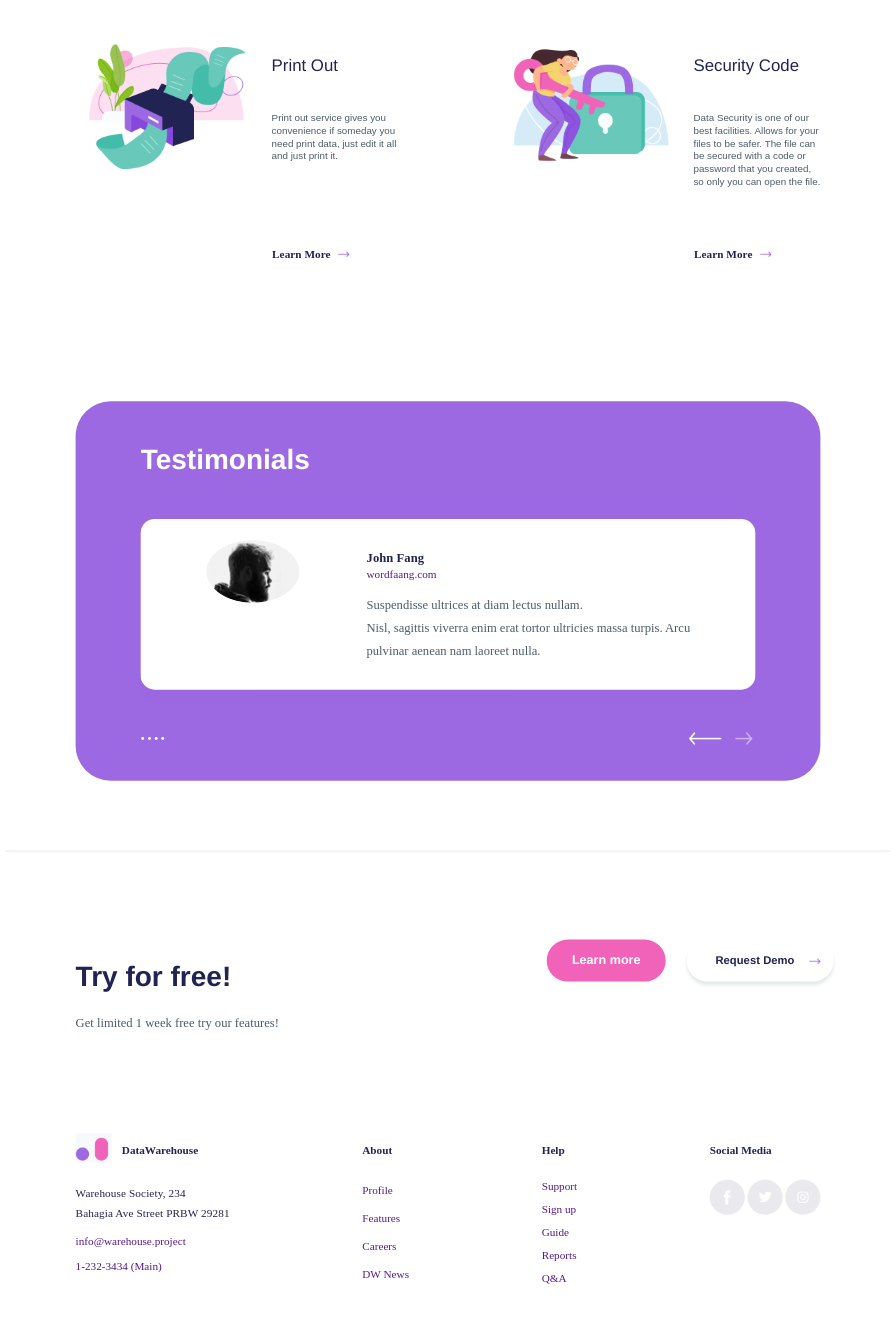
Repository: batonAnton/HW6_flexbox
Page: index.html
These files come from the project's save history. The page is drawn as it stood at one moment and after the next save; the edit follows.
The browser window is 1280 px wide. The pictures show the part of the page from y = 1926 to 3846 px (the page is 3846 px tall), at 70% of full size.
Some web fonts or font styles are not loaded; a fallback is used.

Above is the page before, as saved 2022-06-19 16:33:50.

### index.html
<!DOCTYPE html>
<html lang="en">
<head>
    <meta charset="UTF-8">
    <meta http-equiv="X-UA-Compatible" content="IE=edge">
    <meta name="viewport" content="width=device-width, initial-scale=1.0">
    <link href="http://fonts.cdnfonts.com/css/helvetica-neue-9" rel="stylesheet">
    <link rel="stylesheet" href="./fonts/Helvetica-Bold.ttf">
    <link rel="stylesheet" href="./fonts/AvenirLTStd-Black.otf">
    <link rel="stylesheet" href="./css/style.css">
    <title>FlexBox</title>
</head>
<body>
    <header>
        <div class="logo">
            <img src="./images/logo.png" alt="logo">
        </div>

        <nav>
            <ul>
                <li>
                    <a href="#">about</a>
                </li>
                <li>
                    <a href="#">help</a>
                </li>
                <li>
                    <a href="#">features</a>
                </li>
                <li>
                    <a href="#">signup</a>
                </li>
            </ul>
        </nav>

        <div class="header-btn">
            <div>
                <button>request demo</button>
            </div>
            <div class="btn-img">
                <img src="./images/right-arrow.png" alt="arrow-right" >
            </div>
        </div>
    </header>

    <div class="section allstyles">
        <div class="info">
            <h1>Save your data <br> storage here.</h1>
            <p>Data Warehouse is a data storage area that <br>has been
                tested for security, so you can store <br> your data here
                safely but not be afraid of <br> being stolen by others.</p>
            <button>Learn more</button>
        </div>

        <div class="section-img">
            <img src="./images/headerImg.png" alt="">
        </div>
    </div>

    <div class="section2 allstyles">
        <div class="sectin2-img">
            <img src="./images/assideimg.png" alt="assideimg">
        </div>

        <div class="section2-info">
            <h1>We are a high-level data <br> storage bank</h1>
            <p>
                The place to store various data that you can access at any <br> time through the internet  and where you can carry it. <br>
                This very flexible storage area has a high level of security. <br> To enter into your own data you must enter the password <br> that you created when you registered in this Data <br> Warehouse.
            </p>
        </div>
    </div>

    <div class="section3 allstyles">
        <h1 class="section3-header"> Features</h1>
        <p class="section3-header">Some of the features and advantages that we provide for those of you <br> who store data in this Data Warehouse.</p>

        <div class="row1">
            <div class="block">
                <img src="./images/section3/image1 1.png" alt="img">
                <div class="info">
                    <h1>Search Data</h1>
                <p>
                    Don’t worry if your data is very <br> large, the Data Warehoue <br> provides a search engine, <br> which is useful for making it <br> easier to find data effectively <br> saving time.
                </p>

                <div class="header-btn section3-btn">
                    <div>
                        <button>Learn more</button>
                    </div>
                    <div class="btn-img">
                        <img src="./images/right-arrow.png" alt="arrow-right" >
                    </div>
                </div>
                </div>

            </div>


            <div class="block">
                <img src="./images/section3/image2.png" alt="img">
                <div class="info">
                    <h1>24 Hours Access</h1>
                <p>
                    Access is given 24 hours a full <br> morning to night and
                    meet <br> again in the morning, giving <br> you comfort when
                    you need <br> data when urgent.
                </p>

                <div class="header-btn section3-btn">
                    <div>
                        <button>Learn more</button>
                    </div>
                    <div class="btn-img">
                        <img src="./images/right-arrow.png" alt="arrow-right" >
                    </div>
                </div>
                </div>

            </div>
        </div>

        <!-- row2 start -->

        <div class="row1 row2">
            <div class="block">
                <img src="./images/section3/image3 1.png" alt="img">
                <div class="info">
                    <h1>Print Out</h1>
                <p>
                    Print out service gives you <br> convenience if someday
                    you <br> need print data, just edit it all <br> and just print it.
                </p>

                <div class="header-btn section3-btn">
                    <div>
                        <button>Learn more</button>
                    </div>
                    <div class="btn-img">
                        <img src="./images/right-arrow.png" alt="arrow-right" >
                    </div>
                </div>
                </div>

            </div>


            <div class="block">
                <img src="./images/section3/image4 1.png" alt="img">
                <div class="info">
                    <h1>Security Code</h1>
                <p>
                    Data Security is one of our <br> best facilities. Allows for your <br> files
                    to be safer. The file can <br> be secured with a code or <br>
                    password that
                    you created, <br> so only you can open the file.
                </p>

                <div class="header-btn section3-btn">
                    <div>
                        <button>Learn more</button>
                    </div>
                    <div class="btn-img">
                        <img src="./images/right-arrow.png" alt="arrow-right" >
                    </div>
                </div>
                </div>

            </div>
        </div>
    </div>

    <div class="section4 allstyles">
        <h1>Testimonials</h1>

        <div class="block">
            <img class="rounded" src="./images/section3/Ellipse 76.jpg" alt="img">
            <div class="info">
                <h1>John Fang </h1>
                <a href="">wordfaang.com</a>
                <p>
                    Suspendisse ultrices at diam lectus nullam. <br>
                    Nisl, sagittis viverra enim erat tortor ultricies massa turpis. Arcu <br> pulvinar aenean nam laoreet nulla.
                </p>
            </div>
        </div>
        <h4>&#x2022 &#x2022 &#x2022 &#x2022</h4>
        <p class="right"> <img src="./images/section3/arrows.png" alt="arrows"> </p>
    </div>
    <hr>


    <div class="forfree allstyles">
        <div class="free-info">
            <h1>Try for free!</h1>
            <p>Get limited 1 week free try our features!</p>
        </div>

        <div class="btn-block">
            <button>Learn more</button>
            <div class="header-btn">
                <div>
                    <button>request demo</button>
                </div>
                <div class="btn-img">
                    <img src="./images/right-arrow.png" alt="arrow-right" >
                </div>
            </div>
        </div>
    </div>

    <footer>
        <div class="allblock allstyles">
            <div class="address">
                <img src="./images/logo.png" alt="logo">
                <h1 style="float: right;
                margin-right: 45px;"> DataWarehouse</h1>
                <p> Warehouse Society, 234 <br>
                    Bahagia Ave Street
                    PRBW 29281
                </p>

                <a href="">info@warehouse.project</a> <br> <br>
                <a href="">1-232-3434 (Main)</a>
            </div>

            <div class="about">
                <h1>About</h1>
                <a href="">Profile</a>
                <a href=""> Features</a>
                <a href=""> Careers</a>
                <a href="">DW News</a>
            </div>

            <div class="help">
                <h1>Help</h1>
                <a href="">Support</a>
                <a href="">Sign up</a>
                <a href="">Guide</a>
                <a href="">Reports</a>
                <a href="">Q&A</a>
            </div>

            <div class="social">
                <h1>Social Media</h1>
                <a href="">
                    <img src="./images/footer/facebook.png" alt="face">
                </a>

                <a href="">
                    <img src="./images/footer/insta.png" alt="tweeter">
                </a>

                <a href="">
                    <img src="./images/footer/twitter.png" alt="insta">
                </a>
            </div>
        </div>
    </footer>
</body>
</html>

### css/style.css
body {
  box-sizing: border-box;
  font-family: "Avenir";
}

.allstyles{
    margin: 70px 100px;
}

header {
  display: flex;
  margin: 30px 100px;
  justify-content: space-between;
  /* border: 1px solid gray; */
 font-family: Arial, Helvetica, sans-serif;
  font-size: 16px;
}


nav {
  margin-right: 40%;
}

nav ul {
  display: flex;
  list-style: none;
  color: #4b5d68;
}

nav ul li a {
  text-decoration: none;
  padding-left: 20px;
  text-transform: capitalize;
}

.header-btn {
  display: flex;
  justify-content: center;
}


.header-btn button {
  padding: 15px 30px 15px 15px;
  text-transform: capitalize;
  border: none;
  border-radius: 50px;
  background: #ffffff;
  box-shadow: 0px 5px 5px rgb(75 93 104 / 15%);
  width: 210px;
  color: #212353;
  font-size: 16px;
  font-weight: 800;
  line-height: 100%;
  letter-spacing: 0.005em;
}

.btn-img {
  margin-left: -35px;
  padding-left: -15px;
  align-self: center;
}

button img {
  padding-top: 5px;
  margin-left: 5px;
}

button:hover {
  border: 1px solid rgba(156, 105, 226, 1);
  text-decoration: underline;
}

.section {
  display: flex;
  position: relative;
  height: 600px;
  overflow: hidden;
}


.info {
  width: 50%;
}

.section h1 {
  font-style: normal;
  font-weight: 700;
  font-size: 4rem;
  line-height: 110%;
  font-family: "Helvetica Neue", sans-serif;
  color:#212353;
  font-weight: 700;
}



.section p {
  font-family: 'Avenir', Helvetica, sans-serif;
  font-style: normal;
  font-weight: 500;
  font-size: 16px;
  line-height: 28px;
  margin-top: 50px;
  margin-bottom: 50px;
}

.section-img {
  position: absolute;
  bottom: 1%;
  right: -13%;
}
.section-img img {
  width: 84%;
}

.info button{
    font-family: 'Avenir', Helvetica, sans-serif;
    font-style: normal;
    font-weight: 700;
    font-size: 18px;
    line-height: 160%;
    background-color: #9C69E2;
    border-radius: 50px;
    color: #ffffff;
    width: 170px;
    height: 60px;
    border: none;
    cursor: pointer;
}


.section2{
    display: flex;
    justify-content: space-between;
    background: rgba(240, 99, 184, 0.15);
    border-radius: 50px;
    font-family: 'Avenir', Helvetica, sans-serif;
}

.section2 h1{
    font-style: normal;
    font-weight: 700;
    font-size: 40px;
    line-height: 130%;
    color: #212353;
}

.section2 p{
    font-family: 'Avenir', Helvetica, sans-serif;
font-style: normal;
font-weight: 400;
font-size: 16px;
line-height: 160%;
}

.section2-info{
    padding:55px;
}


.section3-header{
    text-align: center;
    margin: -30px 0 75px 0;
}

.row1{
    display: flex;
    justify-content: space-between;
}

.row1 .block img{
    float: left;
}

.section3 .info{
  float: right;
  width: auto;
  margin-left: 35px;
}

.section3 .info h1{
  font-family: 'Helvetica';
font-style: normal;
font-weight: 400;
font-size: 24px;
line-height: 130%;
color: #212353;
}

.section3 .info p{
  font-family: 'Avenir',  sans-serif;
font-style: normal;
font-weight: 200;
font-size: 14px;
line-height: 130%;
color: #4B5D68;
margin-top: 50px;
/* margin-bottom: 50px; */
height: 160px;
}

.section3 .section3-btn button{
  padding:0;
  color: #212353;
  box-shadow: none;
  background-color: #ffffff;
  font-family: 'Avenir';
  font-style: normal;
  font-weight: 900;
  font-size: 16px;
  line-height: 160%;
  letter-spacing: 0.005em;
  width:85px;
}

.section3 .header-btn{
  display: flex;
  justify-content: flex-start;
}

.section3 .btn-img{
  margin-left: 10px;
}

.row2{
  margin: 90px 0  180px 0;
}

.section4{
  /* height: 709px; */
  background-color: #9C69E2;
  border-radius: 50px;
  padding: 30px 93px;
}

.section4 h1{
  font-family: 'Helvetica';
  font-style: normal;
  font-weight: 700;
  font-size: 40px;
  line-height: 130%;
  color: #FFFFFF;
  margin-bottom: 60px;
}

.section4 .block{
  background-color: #FFFFFF;
  box-shadow: 0px 20px 0px rgba(156, 105, 226, 0.3);
  border-radius: 20px;
  padding: 30px 93px 120px 93px;
}

.section4 .info{
  float: right;
  width: auto;
}

.section4 .info h1{
font-family: 'Avenir';
font-style: normal;
font-weight: 900;
font-size: 18px;
line-height: 160%;
letter-spacing: 0.005em;
color: #212353;
margin-bottom: 0;
}

.section4 .info p{
  font-family: 'Avenir';
font-style: normal;
font-weight: 400;
font-size: 18px;
line-height: 180%;
color: #4B5D68;
}

.section4 .info a{
  text-decoration: none;
}

.rounded{
  border-radius:50%;
}

h4{
  color: #ffffff;
  margin-top: 60px ;
}

.right{
  margin-left: auto;
  margin-right: auto;
  float: right;
  margin-top: -44px;
}

hr{
  margin-top: 100px;
  margin-bottom: 45px;
  background: #9C69E2;
  opacity: 0.2;
}

.forfree{
  margin-top: 125px;
  margin-bottom: 125px;
  display: flex;
  justify-content: space-between;
}

.forfree h1{
  font-family: 'Helvetica';
font-style: normal;
font-weight: 700;
font-size: 40px;
line-height: 130%;
display: flex;
align-items: center;
color: #212353;
}

.forfree p{
  font-family: 'Avenir';
font-style: normal;
font-weight: 500;
font-size: 18px;
line-height: 160%;
color: #4B5D68;
}

.forfree button{
  font-family: 'Avenir', Helvetica, sans-serif;
    font-style: normal;
    font-weight: 700;
    font-size: 18px;
    line-height: 160%;
    background-color: #F063B8;
    border-radius: 50px;
    color: #ffffff;
    width: 170px;
    height: 60px;
    border: none;
    cursor: pointer;
    margin-left: 30px;
}

.forfree .header-btn button {
  padding: 15px 30px 15px 15px;
  text-transform: capitalize;
  border: none;
  border-radius: 50px;
  background: #ffffff;
  box-shadow: 0px 5px 5px rgb(75 93 104 / 15%);
  width: 210px;
  color: #212353;
  font-size: 16px;
  font-weight: 800;
  line-height: 100%;
  letter-spacing: 0.005em;
}

.forfree .btn-img{
  margin-top: -85px;
}

.btn-block{
  display: flex;
}

/* footer */

.allblock{
  display: flex;
  justify-content: space-between;
}

.about, .help{
  display: inline-grid;
}

footer h1{
  font-family: 'Avenir';
font-style: normal;
font-weight: 900;
font-size: 16px;
line-height: 160%;
color: #212353;
margin-bottom: 30px;
}


footer a{
  text-decoration: none;
  padding-bottom: 15px;
}

footer p{
  font-family: 'Avenir';
font-style: normal;
font-weight: 500;
font-size: 16px;
line-height: 180%;
letter-spacing: 0.01em;
color: #212353;
}

After the next save:
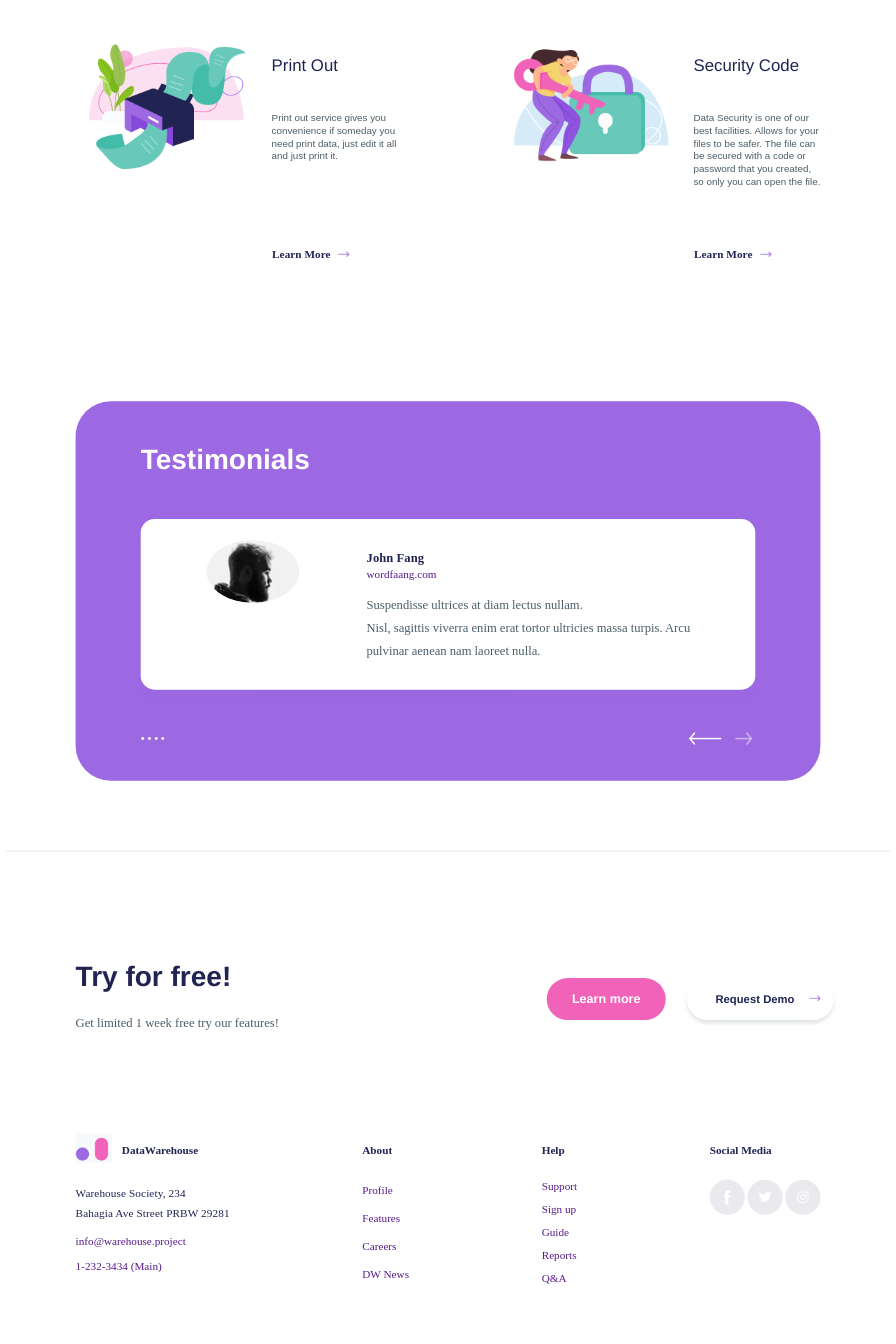
Saved 2 min 15 s later.
--- a/css/style.css
+++ b/css/style.css
@@ -361,11 +361,12 @@ color: #4B5D68;
 }
 
 .forfree .btn-img{
-  margin-top: -85px;
+  margin-top: -35px;
 }
 
 .btn-block{
   display: flex;
+  margin-top: 55px
 }
 
 /* footer */
@@ -387,6 +388,10 @@ font-size: 16px;
 line-height: 160%;
 color: #212353;
 margin-bottom: 30px;
+}
+
+.address a{
+  margin-bottom: 5px;
 }
 
 
@@ -404,3 +409,15 @@ line-height: 180%;
 letter-spacing: 0.01em;
 color: #212353;
 }
+
+.pfooter{
+  font-family: 'Avenir';
+font-style: normal;
+font-weight: 400;
+font-size: 12px;
+line-height: 180%;
+display: flex;
+align-items: center;
+letter-spacing: 0.01em;
+color: #212353;
+}
